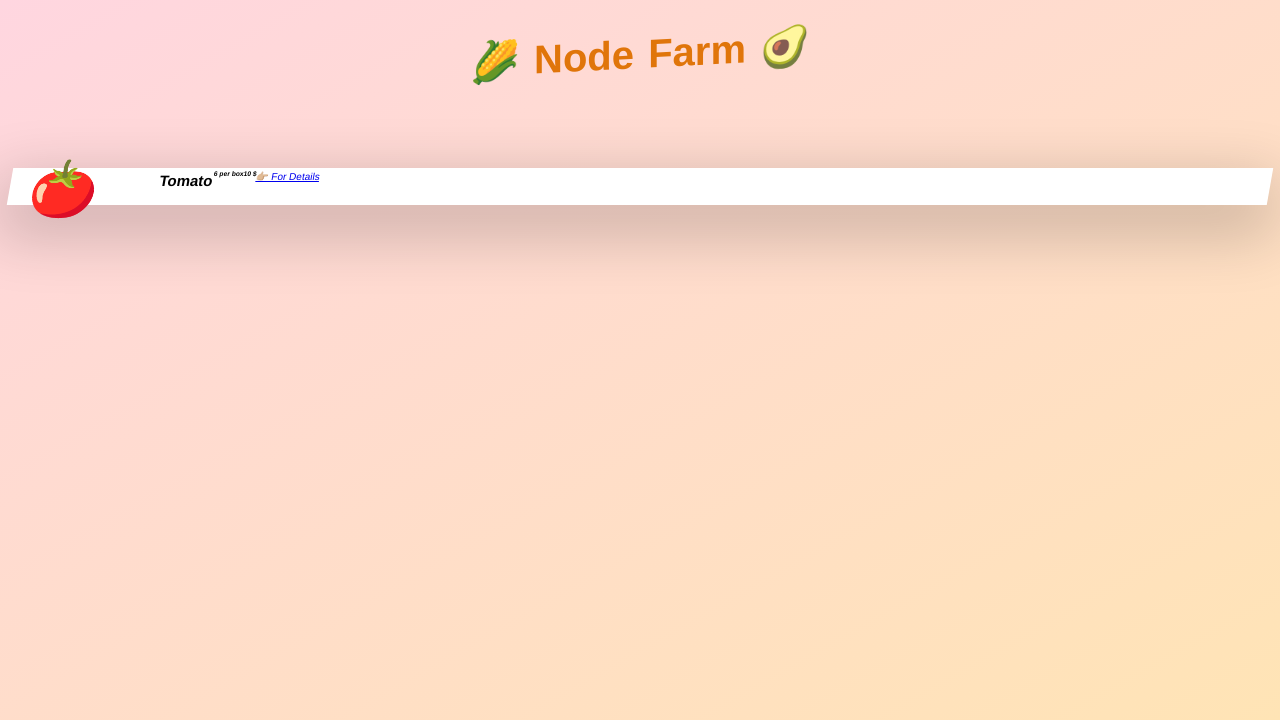
Repository: Kubraaygun/NodeFarm_Backend
Page: templates/overview.html
These files come from the project's save history. The page is drawn as it stood at one moment and after the next save; the edit follows.
The browser window is 1280 px wide. The pictures show the whole page.

Above is the page before, as saved 2025-09-01 22:19:37.

After the next save:
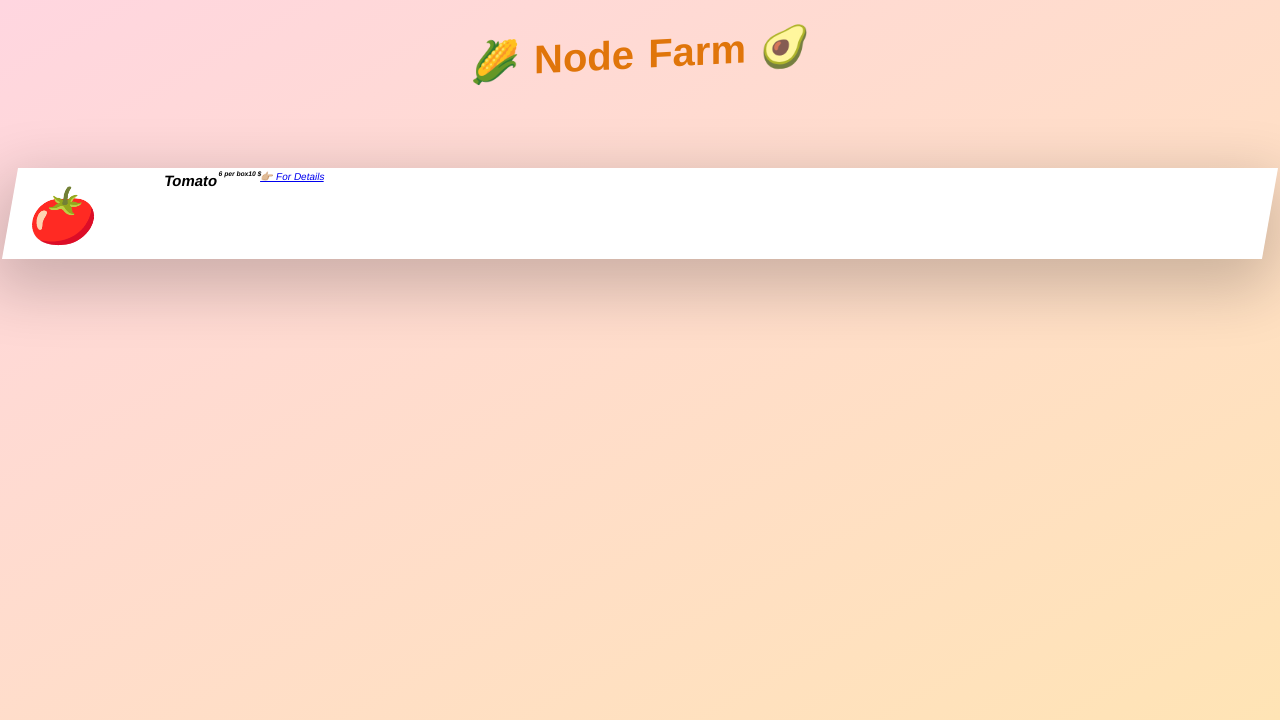
Saved 7 s later.
--- a/templates/overview.html
+++ b/templates/overview.html
@@ -47,7 +47,7 @@
       }
       .card__emoji {
         font-size: 5.5rem;
-        line-height: 1.2rem;
+        line-height: 1.2;
         padding: 1.5rem 6rem 1rem 2rem;
       }
     </style>
